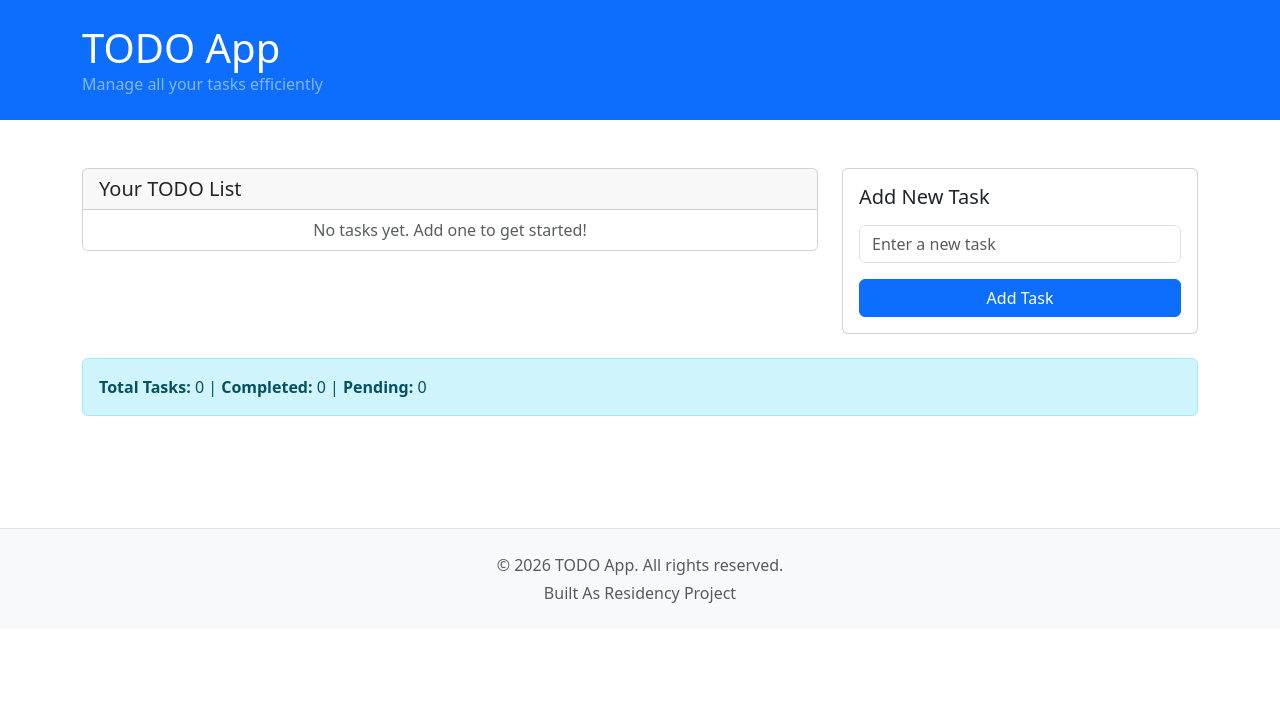
Repository: arunkr12/Master-In-Computer-Science
Page: Advanced Programming Language/Residency Project Team One Arun Javascript Version/TODO/index.html
These files come from the project's save history. The page is drawn as it stood at one moment and after the next save; the edit follows.
The browser window is 1280 px wide. The pictures show the whole page.
The page's requests for data from a server got no answer. Some web libraries are served in a nearby version.

Above is the page before, as saved 2026-02-20 18:34:26.

After the next save:
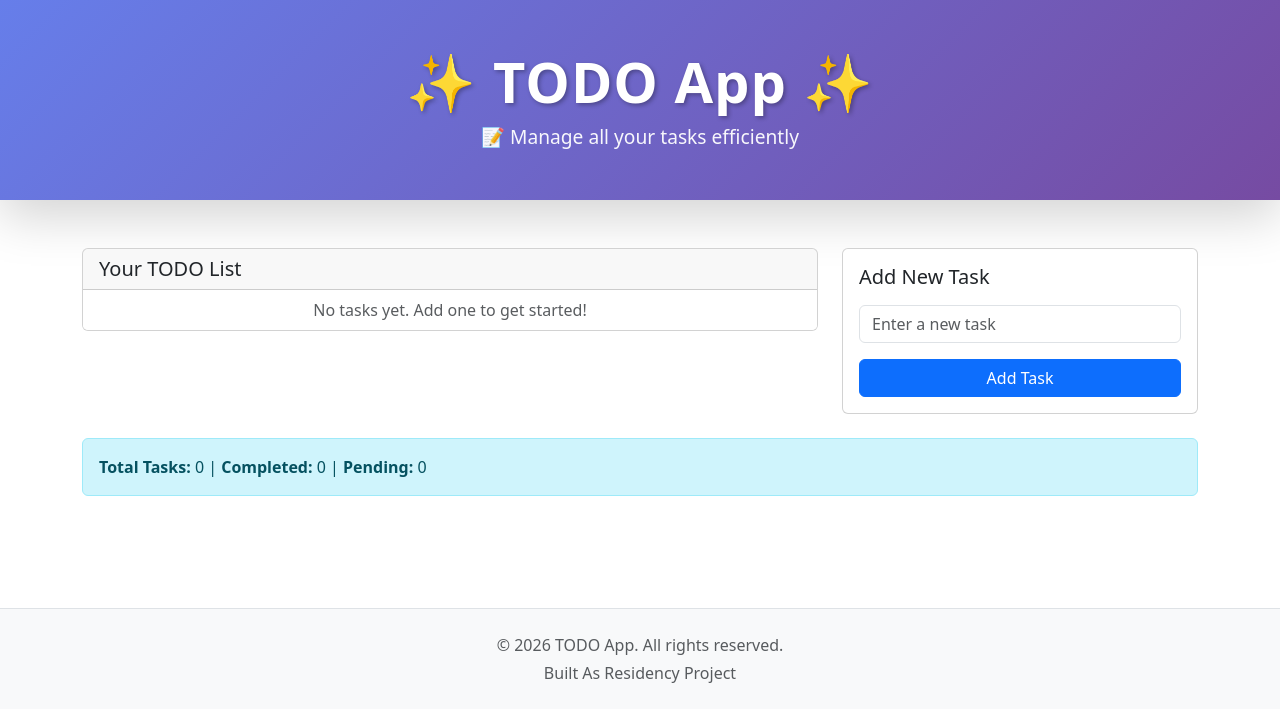
Saved 9 min 13 s later.
--- a/Advanced Programming Language/Residency Project Team One Arun Javascript Version/TODO/Header/Header.js
+++ b/Advanced Programming Language/Residency Project Team One Arun Javascript Version/TODO/Header/Header.js
@@ -9,10 +9,16 @@ class Header {
 
   render() {
     return `
-      <header class="bg-primary text-white py-4">
+      <header class="bg-gradient-primary text-white py-5 shadow-lg" style="background: linear-gradient(135deg, #667eea 0%, #764ba2 100%);">
         <div class="container">
-          <h1 class="m-0">${this.title}</h1>
-          <p class="m-0 text-white-50">${this.subtitle}</p>
+          <div class="text-center">
+            <h1 class="m-0 display-4 fw-bold" style="text-shadow: 2px 2px 4px rgba(0,0,0,0.3); letter-spacing: 1px;">
+              ✨ ${this.title} ✨
+            </h1>
+            <p class="m-0 mt-2 lead text-white" style="font-size: 1.2rem; opacity: 0.95;">
+              📝 ${this.subtitle}
+            </p>
+          </div>
         </div>
       </header>
     `;
